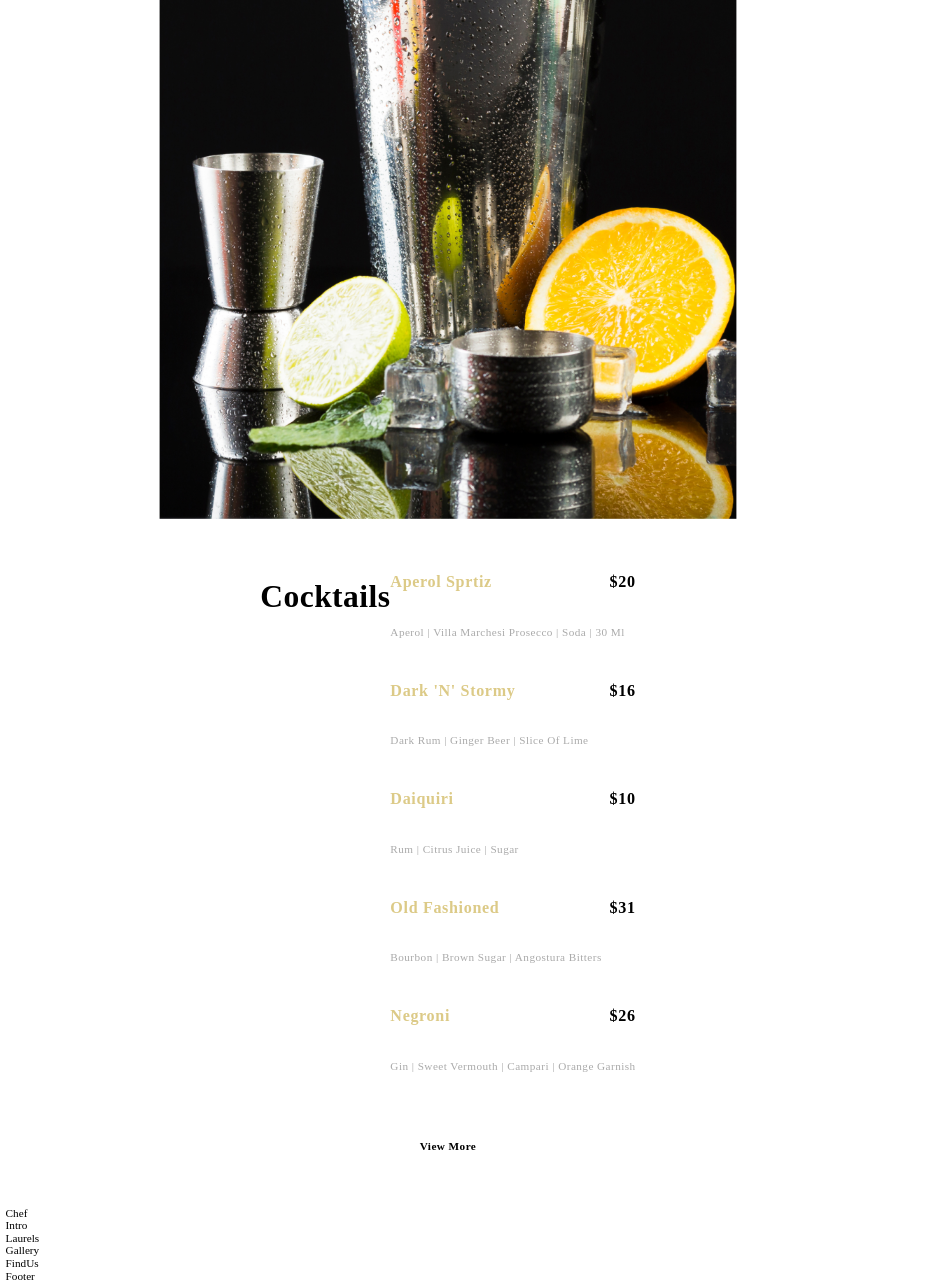
Repository: remydev47/restaurant
Page: /
An editor plug-in stored every save of this project. The page is shown before and after the next save, followed by the edit.
The browser window is 1280 px wide. The page is 1336 px wide, so the pictures cover 1336 px, including what lies to the right of the window. The pictures show the part of the page from y = 4180 to 6020 px (the page is 6020 px tall), at 70% of full size.
Backgrounds fixed to the window are drawn as part of the page. The project was rebuilt for these pictures with package versions that can differ from the ones it lists, and the page was loaded fresh each time. Also part of the build but not shown: src/container/Chef/Chef.css, src/components/Footer/Newsletter.jsx, src/components/Footer/FooterOverlay.jsx. Imported but missing from the stored project, and not drawn on this page: src/assets/meal.mp4.

Above is the page before, as saved 2022-03-16 17:11:34.

### public/index.html
<!DOCTYPE html>
<html lang="en">
  <head>
    <meta charset="utf-8" />
    <link rel="icon" href="%PUBLIC_URL%/favicon.ico" />
    <meta name="viewport" content="width=device-width, initial-scale=1" />
    <meta name="theme-color" content="#000000" />
    <meta name="description"content="Web site created using create-react-app"/>
    <link rel="apple-touch-icon" href="%PUBLIC_URL%/logo192.png" />
    <link rel="manifest" href="%PUBLIC_URL%/manifest.json" />
    <title>Gerich Resturant</title>
  </head>
  <body>
    <noscript>You need to enable JavaScript to run this app.</noscript>
    <div id="root"></div>
</html>

### src/App.js
import React from 'react';

import { AboutUs, Chef, FindUs, Footer, Gallery, Header, Intro, Laurels, SpecialMenu } from './container';
import { Navbar } from './components';
import './App.css';

const App = () => (
  <div>
    <Navbar />
    <Header />
    <AboutUs />
    <SpecialMenu />
    <Chef />
    <Intro />
    <Laurels />
    <Gallery />
    <FindUs />
    <Footer />
  </div>
);

export default App;

### src/container/AboutUs/AboutUs.jsx
import React from 'react';

import './AboutUs.css';
import { images } from '../../constants';

const AboutUs = () => (
  <div className="app__aboutus app__bg flex__center section__padding" id="aboutus">
    <div className='app__aboutus-overlay flex__center'>
      <img src={images.G} alt="g letter" />
    </div>
    <div className='app__aboutus-content flex__center'>
      <div className='app__aboutus-content_about'>
        <h1 className='headtext__cormorant'>About Us</h1>
        <img src={images.spoon} alt="about_spoon" className="spoon__img" />
        <p className="p__opensans">
          Eager to serve you, our experienced wait staff greet you at the door and lead you to the table of your choice in the well thought out seating arrangement. The rich aroma of freshly ground coffee is the handiwork of our skilled baristas, adept in latte art.
        </p>
        <button type="button" className="custom__button">Know More</button>
      </div>
      <div className="app__aboutus-content_knife flex__center">
        <img src={images.knife} alt="about_knife" />
      </div>
      <div className='app__aboutus-content_history'>
        <h1 className='headtext__cormorant'>Our History</h1>
        <img src={images.spoon} alt="about_spoon" className="spoon__img" />
        <p className="p__opensans">
        Welcome to Giretch, a fully fledged restaurant specializing in delivering a relaxed and memorable dining experience. We’re currently in 12 locations; 4 in Nairobi, 8 in Kampala and 1 in Entebbe
        </p>
        <button type="button" className="custom__button">Know More</button>
      </div>
    </div>
  </div>
);

export default AboutUs;

### src/container/Header/Header.jsx
import React from 'react';
import { SubHeading } from '../../components';

import { images } from "../../constants"
import './Header.css';

const Header = () => (
  <div className="app__header app__wrapper section__padding" id="home">
    <div className="app__wrapper_info">
      <SubHeading title="Chase The New Flavour" />
      <h1 className="app__header-h1">The Key To Fine Dining</h1>
      <p className="p__opensans" style={{margin: '2rem 0'}}>
          Geritch is a perfect haven for both business and leisure travellers. It all begins with our friendly staff, who will do everything they can to make your meal fulfiling and enjoyable. The team at Geritch kitchen looks forward to welcoming you in one of our luxury restaurant where you will experience comfort and convenience in this beautiful city of Nairobi.
      </p>
      <button type="button" className="custom__button">Explore Menu</button>
    </div>
    <div className="app__wrapper_img">
      <img src={images.welcome} alt="header img" />
    </div>
  </div>
);

export default Header;

### src/container/Menu/SpecialMenu.jsx
import React from 'react';

import { SubHeading, MenuItem } from '../../components';
import { images, data } from '../../constants';
import './SpecialMenu.css';

const SpecialMenu = () => (
  <div className="app__specialMenu flex__center section__padding">
    <div className='app__specialMenu-title'>
      <SubHeading title="Menu Thats Fits Your Pallate" />
      <h1 className="headtext__cormorant">Today's Special</h1>
    </div>

    <div className='app__specialMenu-menu'>
      <div className='app__specialMenu-menu_wine flex__center'>
        <p className='app__specialMenu-menu_heading'>Wine & Beer</p>
      </div>
      <div className='app__specialMenu_menu_items'>
        {data.wines.map((wine, index) => (
         <MenuItem key={wine.title + index} title={wine.title} price={wine.price} tags={wine.tags} />
        ))}
      </div>
    </div>

    <div className="app__specialMenu-menu_img">
      <img src={images.menu} alt="menu img"  />
    </div>

    <div className='app__specialMenu-menu'>
      <div className='app__specialMenu-menu_cocktails flex__center'>
        <p className='app__specialMenu-menu_heading'>Cocktails</p>
      </div>
      <div className='app__specialMenu_menu_items'>
        {data.cocktails.map((cocktail, index) => (
          <MenuItem key={cocktail.title + index} title={cocktail.title} price={cocktail.price} tags={cocktail.tags} />
        ))}
      </div>
    </div>
    <div style={{marginTop: '15px'}}>
      <button  type="button" className="custom__button">View More</button>
    </div>
  </div>
);

export default SpecialMenu;

### src/components/SubHeading/SubHeading.jsx
import React from 'react';
import { images } from '../../constants';


const SubHeading = ({ title }) => (
  <div style={{ marginBottom: "1rem"}}>
    <p className='p__cormorant'>{title}</p>
    <img src={images.spoon} alt="spoon" className="spoon__img" />
  </div>
);

export default SubHeading;

### src/components/Menuitem/MenuItem.jsx
import React from 'react';

import './MenuItem.css';

const MenuItem = ({ title, price, tags }) => (
  <div className="app__menuitem">
    <div className="app__menuitem-head">
      <div className="app__menuitem-name">
        <p className="p__cormorant" style={{ color: '#DCCA87'}}>{title}</p>
      </div>

      <div className="app__menuitem-dash" />

      <div className="app__menuitem-price">
        <p className="p__cormorant">{price}</p>
      </div>
    </div>
    <div className="app__menuitem-sub">
      <p className="p__opensans" style={{ color: '#AAA'}}>{tags}</p>
    </div>
  </div>
);

export default MenuItem;

### src/components/Navbar/Navbar.jsx
import React, {useState} from 'react';
import { GiHamburgerMenu } from 'react-icons/gi';
import { MdOutlineRestaurantMenu } from 'react-icons/md';

import images from '../../constants/images';
import './Navbar.css';

const Navbar = () => {
  const [toggleMenu, setToggleMenu] = useState(false)
  return(
  <nav className="app__navbar">
    <div className="app__navbar-logo">
     <img src={images.gericht} alt="app logo"/>
    </div>
    <ul className="app__navbar-links">
      <li className="p__opensans"><a href="#home">Home</a></li>
      <li className="p__opensans"><a href="#about">About</a></li>
      <li className="p__opensans"><a href="#menu">Menu</a></li>
      <li className="p__opensans"><a href="#awards">Awards</a></li>
      <li className="p__opensans"><a href="#contact">Contact</a></li>
    </ul>
    <div className="app__navbar-login">
      <a href="#login" className="p__opensans">Log in/ Register</a>
    <div/>
      <a href="/" className="p__opensans">Book Table</a>
    </div>
    <div className="app__navbar-smallscreen">
      <GiHamburgerMenu color="#fff" fontsize={27} onClick={() => setToggleMenu(true)} />

      {toggleMenu && (


      <div className="app__navbar-smallscreen_overlay flex__center slide-bottom">
        <MdOutlineRestaurantMenu fontSize={27} className="overlay__close" onClick={() => setToggleMenu(false)} />
        <ul className="app__navbar-smallscreen_links">
          <li className="p__opensans"><a href="#home">Home</a></li>
          <li className="p__opensans"><a href="#about">About</a></li>
          <li className="p__opensans"><a href="#menu">Menu</a></li>
          <li className="p__opensans"><a href="#awards">Awards</a></li>
          <li className="p__opensans"><a href="#contact">Contact</a></li>
       </ul>
      </div>
       )}
    </div>
  </nav>
  );
};

export default Navbar;

### src/container/AboutUs/AboutUs.css
.app__aboutus {
    position: relative;
}

.app__aboutus-overlay {
    position: absolute;
    inset: 0;
}

.app__aboutus-overlay img {
    width: 391px;
    height: 415px;
    z-index: 0;
}

.app__aboutus-content {
    width: 100%;
    z-index: 2;
}

.app__aboutus-content_about {
    flex: 1;
    display: flex;
    justify-content: flex-end;
    align-items: flex-end;
    flex-direction: column;

    text-align: right;
}

.app__aboutus-content_knife {
    margin: 2rem 4rem;
}

.app__aboutus-content_knife img{
    height: 910px;
}

.app__aboutus-content_history {
    flex: 1;
    display: flex;
    justify-content: flex-start;
    align-items: flex-start;
    flex-direction: column;

    text-align: left;
}

.app__aboutus-content_history p,
.app__aboutus-content_about p {
    margin: 2rem 0;
    color: var(--color-grey);
}

@media screen and (max-width: 2000px) {
    .app__aboutus-content_knife img{
        height: 1110px;
    }
}

.app__aboutus-content_history p,
.app__aboutus-content_about p {
    margin: 4rem 0;
    color: var(--color-grey);
}

@media screen and (max-width: 900px) {
    .app__aboutus-content {
        flex-direction: column;
    }

    .app__aboutus-content_knife {
        margin: 4rem 0;
    }
}

@media screen and (max-width: 650px) {
    .app__aboutus-overlay img {
        width: 80%;
        height: 320px;
    }
}

### src/container/Header/Header.css
.app__header {
    background-color: var(--color-black);
}

.app__header-h1 {
    font-family: var(--font-base);
    color: var(--color-golden);
    letter-spacing: 0.04rem;
    text-transform: uppercase;
    line-height: 117px;
    font-size: 90px;
}

.app__header-img {
    width: 100%;
}

### src/container/Menu/SpecialMenu.css
.app__specialMenu {
    flex-direction: column;
    background-color: var(--color-black);
}

.app__specialMenu-title {
    margin-bottom: 2rem;
    text-align: center;
}

.app__specialMenu-menu {
    width: 100%;

    margin: 2rem 0;
    display: flex;
    justify-content: center;
    align-items: flex-start;
    flex-direction: row;
}

.app__specialMenu-menu_heading {
    font-family: var(--font-base);
    font-weight: 600;
    font-size: 45px;
    line-height: 58.5px;
    letter-spacing: 0.04rem;
    color: var(--color-white);
}

.app__specialMenu-menu_wine ,
.app__specialMenu-menu_cocktail{
flex: 1;
width: 100%;
flex-direction: column;
}

### src/components/Menuitem/MenuItem.css
.app__menuitem {
    width: 100%;
    margin: 1rem 0;

    display: flex;
    flex-direction: column;
}

.app__menuitem-head {
    display: flex;
    justify-content: space-between;
    align-items: center;
}

.app__menuitem-sub {
    width: 100%;
    margin-top: 0.2rem;
}

.app__menuitem-name{
    flex: 1;
}

.app__menuitem-dash {
    width: 90px;
    height: 1px;

    background: var(--color-golden);
    margin: 0 1rem;
}

.app__menuitem-price {
    display: flex;
    justify-content: flex-end;
    align-items: flex-end;
}

### src/constants/images.js
import bg from '../assets/bg.png';
import chef from '../assets/chef.png';
import G from '../assets/G.png';
import gallery01 from '../assets/gallery01.png';
import gallery02 from '../assets/gallery02.png';
import gallery03 from '../assets/gallery03.png';
import gallery04 from '../assets/gallery04.png';
import knife from '../assets/knife.png';
import logo from '../assets/logo.png';
import menu from '../assets/menu.png';
import overlaybg from '../assets/overlaybg.png';
import spoon from '../assets/spoon.svg';
import welcome from '../assets/welcome.png';
import findus from '../assets/findus.png';
import laurels from '../assets/laurels.png';
import award01 from '../assets/award01.png';
import award02 from '../assets/award02.png';
import award03 from '../assets/award03.png';
import award05 from '../assets/award05.png';
import sign from '../assets/sign.png';
import quote from '../assets/quote.png';
import gericht from '../assets/gericht.png';

export default {
  bg,
  chef,
  G,
  gallery01,
  gallery02,
  gallery03,
  gallery04,
  knife,
  logo,
  menu,
  overlaybg,
  spoon,
  welcome,
  findus,
  laurels,
  award01,
  award02,
  award03,
  award05,
  sign,
  quote,
  gericht,
};

### src/components/Navbar/Navbar.css
.app__navbar {
   width: 100%;
   display: flex;
   justify-content: space-between;
   align-items: center;
   background: var(--color-black);
   padding: 1rem 2rem;
}

.app__navbar-logo{
    display: flex;
    justify-content: flex-start;
    align-items: center;
}

.app__navbar-logo img{
    width: 150px;
}

.app__navbar-links {
    flex: 1;
    display: flex;
    justify-content: center;
    align-items: center;

    list-style: none;
}

.app__navbar-links li{
    margin: 0 1rem;
    cursor: pointer;
}

.app__navbar-links li:hover {
   color: var(--color-grey);
}

.app__navbar-login {
    display: flex;
    justify-content: flex-end;
    align-items: center;
}
.app__navbar-login a {
    margin: o 1rem;
    text-decoration: none;
    transition: 0.5s  ease;
}

.app__navbar-login a:hover{
    border-bottom: 1px solid var(--color-golden);
}

.app__navbar-login div{
    width: 1px;
    height: 30px;
    background-color: var(--color-grey);
}

.app__navbar-smallscreen{
    display: none;
}

.app__navbar-smallscreen_overlay {
    position: fixed;
    top: 0;
    left: 0;
    width: 100%;
    height: 100vh;
    background-color: var(--color-black);
    transition: 0.5s ease;

    flex-direction: column;
    z-index: 5;
}

.app__navbar-smallscreen_overlay .overlay__close{
    font-size: 27px;
    color: var(--color-golden);
    cursor: pointer;

    position: absolute;
    top: 20px;
    right: 20px;
}

.app__navbar-smallscreen_links{
    list-style: none;
}

.app__navbar-smallscreen_links li {
   margin: 2rem;
   cursor: pointer;
   color: var(--color-golden);
   font-size: 2rem;
   text-align: center;
   font-family: var(--font-base);
}

.app__navbar-smallscreen_links li:hover {
    color: var(--color-white);
}

@media screen and (max-width: 2000px) {
    .app__navbar-logo img{
        width: 210px;
    }
}

@media screen and (max-width: 1150px) {
    .app__navbar-links {
        display: none;
    }

    .app__navbar-smallscreen {
        display: flex;
    }
}

@media screen and (max-width: 650px) {
    .app__navbar {
        padding: 1rem;
    }
    .app__navbar-login {
        display: none;
    }

    .app__navbar-logo img{
        width: 110px;
    }
}

### src/constants/data.js
import images from './images';

const wines = [
  {
    title: 'Chapel Hill Shiraz',
    price: '$56',
    tags: 'AU | Bottle',
  },
  {
    title: 'Catena Malbee',
    price: '$59',
    tags: 'AU | Bottle',
  },
  {
    title: 'La Vieillw Rose',
    price: '$44',
    tags: 'FR | 750 ml',
  },
  {
    title: 'Rhino Pale Ale',
    price: '$31',
    tags: 'CA | 750 ml',
  },
  {
    title: 'Irish Guinness',
    price: '$26',
    tags: 'IE | 750 ml',
  },
];

const cocktails = [
  {
    title: 'Aperol Sprtiz',
    price: '$20',
    tags: 'Aperol | Villa Marchesi prosecco | soda | 30 ml',
  },
  {
    title: "Dark 'N' Stormy",
    price: '$16',
    tags: 'Dark rum | Ginger beer | Slice of lime',
  },
  {
    title: 'Daiquiri',
    price: '$10',
    tags: 'Rum | Citrus juice | Sugar',
  },
  {
    title: 'Old Fashioned',
    price: '$31',
    tags: 'Bourbon | Brown sugar | Angostura Bitters',
  },
  {
    title: 'Negroni',
    price: '$26',
    tags: 'Gin | Sweet Vermouth | Campari | Orange garnish',
  },
];

const awards = [
  {
    imgUrl: images.award02,
    title: 'Bib Gourmond',
    subtitle: 'Lorem ipsum dolor sit amet, consectetur.',
  },
  {
    imgUrl: images.award01,
    title: 'Rising Star',
    subtitle: 'Lorem ipsum dolor sit amet, consectetur.',
  },
  {
    imgUrl: images.award05,
    title: 'AA Hospitality',
    subtitle: 'Lorem ipsum dolor sit amet, consectetur.',
  },
  {
    imgUrl: images.award03,
    title: 'Outstanding Chef',
    subtitle: 'Lorem ipsum dolor sit amet, consectetur.',
  },
];

export default { wines, cocktails, awards };

Loaded but not shown: src/index.js (common file); src/container/index.js (common file); src/components/index.js (common file); src/App.css (common file); src/container/Chef/Chef.jsx (common file); src/container/Findus/FindUs.jsx (common file); src/container/Footer/Footer.jsx (common file); src/container/Gallery/Gallery.jsx (common file); src/container/Intro/Intro.jsx (common file); src/container/Laurels/Laurels.jsx (common file); src/constants/index.js (common file); src/components/Footer/FooterOverlay.css (no stored copy; drawn as an empty file); src/components/Footer/Newsletter.css (no stored copy; drawn as an empty file); src/container/Footer/Footer.css (no stored copy; drawn as an empty file); src/container/Gallery/Gallery.css (no stored copy; drawn as an empty file); src/container/Intro/Intro.css (no stored copy; drawn as an empty file); src/container/Laurels/Laurels.css (no stored copy; drawn as an empty file)

After the next save:
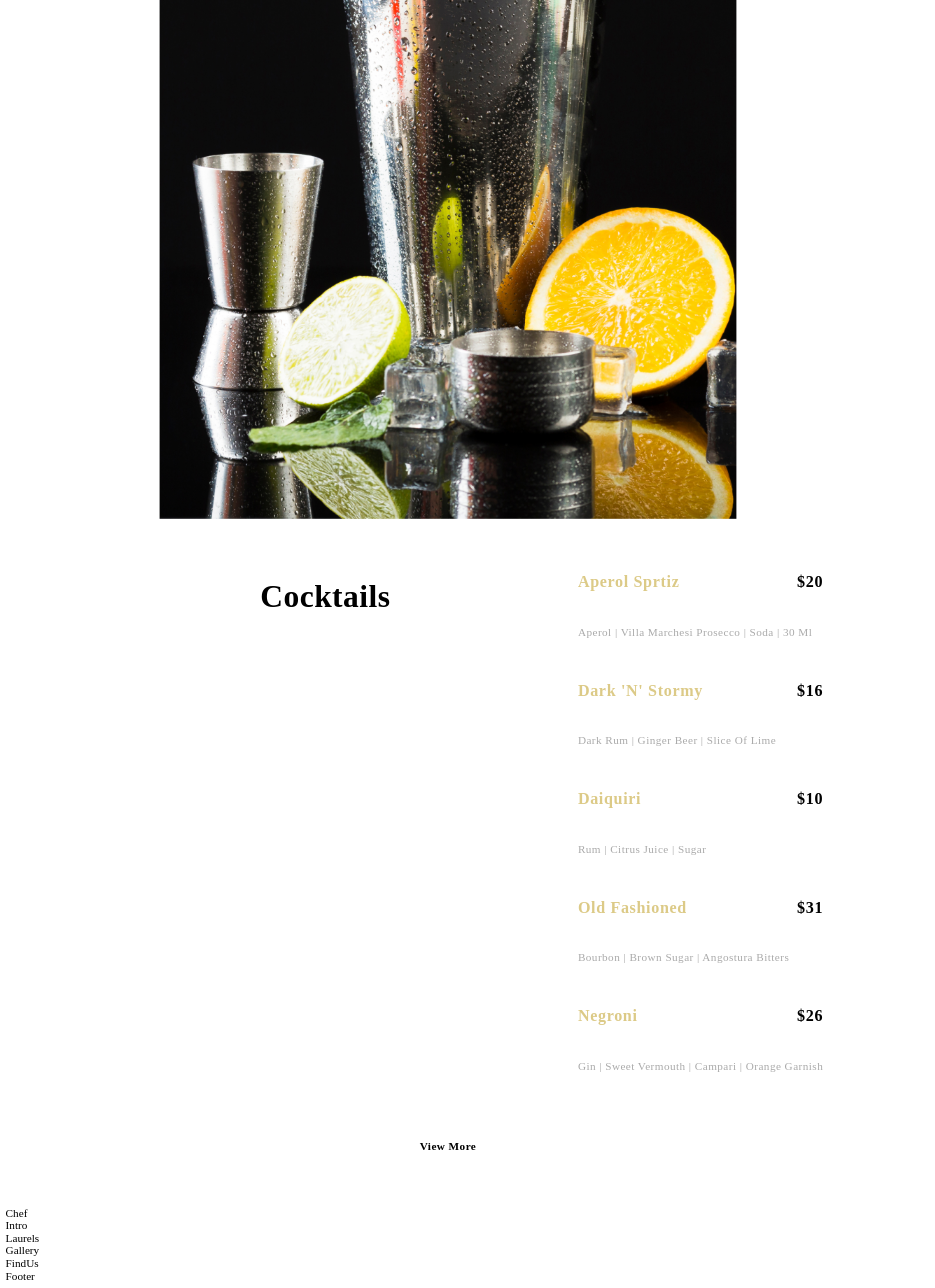
Saved 30 s later.
--- a/src/container/Menu/SpecialMenu.css
+++ b/src/container/Menu/SpecialMenu.css
@@ -28,7 +28,7 @@
 }
 
 .app__specialMenu-menu_wine ,
-.app__specialMenu-menu_cocktail{
+.app__specialMenu-menu_cocktails{
 flex: 1;
 width: 100%;
 flex-direction: column;
